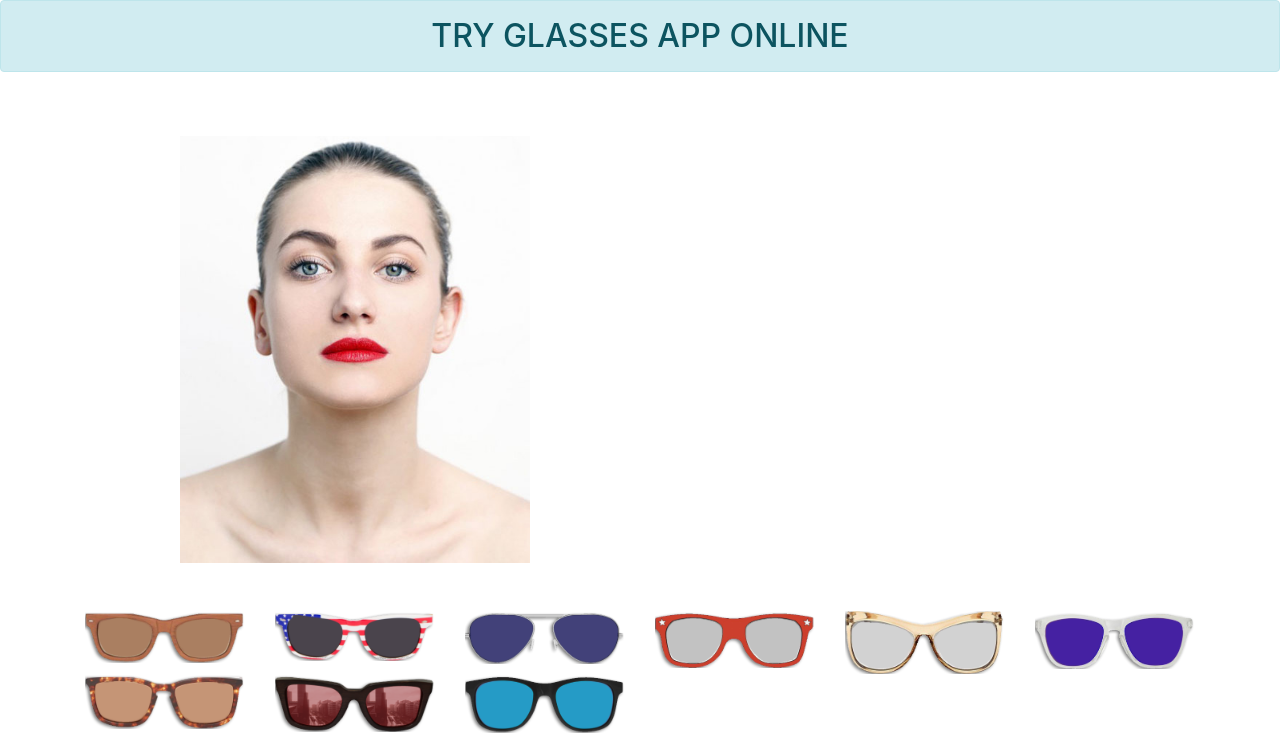
Repository: phongthanhh/ChoseGlass
Page: /
These files come from the project's save history. The page is drawn as it stood at one moment and after a run of saves; the edit follows.
The browser window is 1280 px wide. The pictures show the whole page.
The project was rebuilt for these pictures with package versions that can differ from the ones it lists, and the page was loaded fresh each time.

Above is the page before, as saved 2022-12-25 16:19:18.

### public/index.html
<!DOCTYPE html>
<html lang="en">
  <head>
    <meta charset="utf-8" />
    <link rel="icon" href="%PUBLIC_URL%/favicon.ico" />
    <meta name="viewport" content="width=device-width, initial-scale=1" />
    <meta name="theme-color" content="#000000" />
    <meta
      name="description"
      content="Web site created using create-react-app"
    />

      <!-- Bootstrap CSS -->
      <link rel="stylesheet" href="https://stackpath.bootstrapcdn.com/bootstrap/4.3.1/css/bootstrap.min.css" integrity="sha384-ggOyR0iXCbMQv3Xipma34MD+dH/1fQ784/j6cY/iJTQUOhcWr7x9JvoRxT2MZw1T" crossorigin="anonymous">
    <link rel="apple-touch-icon" href="%PUBLIC_URL%/logo192.png" />
    <!--
      manifest.json provides metadata used when your web app is installed on a
      user's mobile device or desktop. See https://developers.google.com/web/fundamentals/web-app-manifest/
    -->
    <link rel="manifest" href="%PUBLIC_URL%/manifest.json" />
    <!--
      Notice the use of %PUBLIC_URL% in the tags above.
      It will be replaced with the URL of the `public` folder during the build.
      Only files inside the `public` folder can be referenced from the HTML.

      Unlike "/favicon.ico" or "favicon.ico", "%PUBLIC_URL%/favicon.ico" will
      work correctly both with client-side routing and a non-root public URL.
      Learn how to configure a non-root public URL by running `npm run build`.
    -->
    <title>React App</title>
  </head>
  <body>
    <noscript>You need to enable JavaScript to run this app.</noscript>
    <div id="root"></div>
    <!--
      This HTML file is a template.
      If you open it directly in the browser, you will see an empty page.

      You can add webfonts, meta tags, or analytics to this file.
      The build step will place the bundled scripts into the <body> tag.

      To begin the development, run `npm start` or `yarn start`.
      To create a production bundle, use `npm run build` or `yarn build`.
    -->

     <!-- Optional JavaScript -->
    <!-- jQuery first, then Popper.js, then Bootstrap JS -->
    <script src="https://code.jquery.com/jquery-3.3.1.slim.min.js" integrity="sha384-q8i/X+965DzO0rT7abK41JStQIAqVgRVzpbzo5smXKp4YfRvH+8abtTE1Pi6jizo" crossorigin="anonymous"></script>
    <script src="https://cdnjs.cloudflare.com/ajax/libs/popper.js/1.14.7/umd/popper.min.js" integrity="sha384-UO2eT0CpHqdSJQ6hJty5KVphtPhzWj9WO1clHTMGa3JDZwrnQq4sF86dIHNDz0W1" crossorigin="anonymous"></script>
    <script src="https://stackpath.bootstrapcdn.com/bootstrap/4.3.1/js/bootstrap.min.js" integrity="sha384-JjSmVgyd0p3pXB1rRibZUAYoIIy6OrQ6VrjIEaFf/nJGzIxFDsf4x0xIM+B07jRM" crossorigin="anonymous"></script>
  </body>
</html>

### src/App.js
import logo from './logo.svg';
import './App.css';
import BTGlass from './ChoseGlass/BTGlass';




function App() {
  return (
    <div className="App">
      <BTGlass />
    </div>
  );
}

export default App;

### src/ChoseGlass/BTGlass.jsx
import React, { Component } from 'react';
import GlassList from './GlassList';

class BTGlass extends Component {

    listGlass = [
        {
            "id": 1,
            "price": 30,
            "name": "GUCCI G8850U",
            "url": "./img/v1.png",
            "desc": "Light pink square lenses define these sunglasses, ending with amother of pearl effect tip. "
        },
        {
            "id": 2,
            "price": 50,
            "name": "GUCCI G8759H",
            "url": "./img/v2.png",
            "desc": "Light pink square lenses define these sunglasses, ending with amother of pearl effect tip. "
        },
        {
            "id": 3,
            "price": 30,
            "name": "DIOR D6700HQ",
            "url": "./img/v3.png",
            "desc": "Light pink square lenses define these sunglasses, ending with amother of pearl effect tip. "
        },
        {
            "id": 4,
            "price": 70,
            "name": "DIOR D6005U",
            "url": "./img/v4.png",
            "desc": "Light pink square lenses define these sunglasses, ending with amother of pearl effect tip. "
        },
        {
            "id": 5,
            "price": 40,
            "name": "PRADA P8750",
            "url": "./img/v5.png",
            "desc": "Light pink square lenses define these sunglasses, ending with amother of pearl effect tip. "
        },
        {
            "id": 6,
            "price": 60,
            "name": "PRADA P9700",
            "url": "./img/v6.png",
            "desc": "Light pink square lenses define these sunglasses, ending with amother of pearl effect tip. "
        },
        {
            "id": 7,
            "price": 80,
            "name": "FENDI F8750",
            "url": "./img/v7.png",
            "desc": "Light pink square lenses define these sunglasses, ending with amother of pearl effect tip. "
        },
        {
            "id": 8,
            "price": 100,
            "name": "FENDI F8500",
            "url": "./img/v8.png",
            "desc": "Light pink square lenses define these sunglasses, ending with amother of pearl effect tip. "
        },
        {
            "id": 9,
            "price": 60,
            "name": "FENDI F4300",
            "url": "./img/v9.png",
            "desc": "Light pink square lenses define these sunglasses, ending with amother of pearl effect tip. "
        }
    ]

    state = {
        "id": 1,
        "price": 30,
        "name": "GUCCI G8850U",
        "url": "./img/v1.png",
        "desc": "Light pink square lenses define these sunglasses, ending with amother of pearl effect tip. "
    }

    render() {
        return (
            <div>
                <section className='main'>
                    <h2 className='alert alert-info py-3'>TRY GLASSES APP ONLINE</h2>
                    <div className="item container">
                        <div className="row py-5">
                            <div className="col-6">
                                <img style={{ width: '350px' }} src="./img/model.jpg" alt="" />
                            </div>
                        </div>
                        <GlassList listGlass={this.listGlass} />
                    </div>
                </section>
            </div>
        );
    }
}

export default BTGlass;

### src/ChoseGlass/GlassList.jsx
import React, { Component } from 'react'

export default class GlassList extends Component {


    renderListGlass = () => {
        return this.props.listGlass.map(glass => {
            return (
                <div className="col-2">
                    <img style={{ width: '100%' }} src={glass.url} alt="" />
                </div>
            )
        })
    }

    render() {
        return (
            <div className="row">
                {this.renderListGlass()}
            </div>
        )
    }
}

Loaded but not shown: src/index.js (common file); src/index.css (common file); src/reportWebVitals.js (common file); src/App.css (common file)

After the next 2 saves:
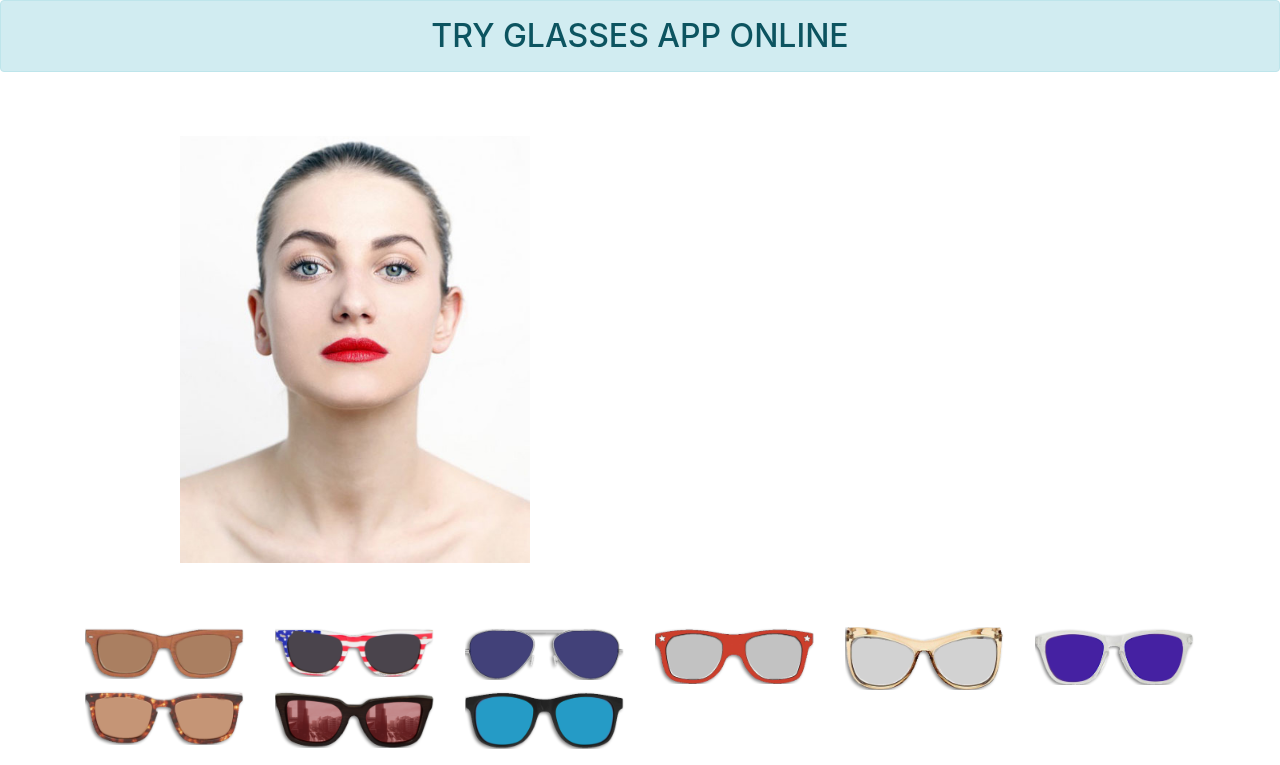
The 2 saves are shown as one change because they came seconds apart.
The last was saved 37 s later.
--- a/src/ChoseGlass/GlassList.jsx
+++ b/src/ChoseGlass/GlassList.jsx
@@ -15,7 +15,7 @@
 
     render() {
         return (
-            <div className="row">
+            <div className="row py-3">
                 {this.renderListGlass()}
             </div>
         )
